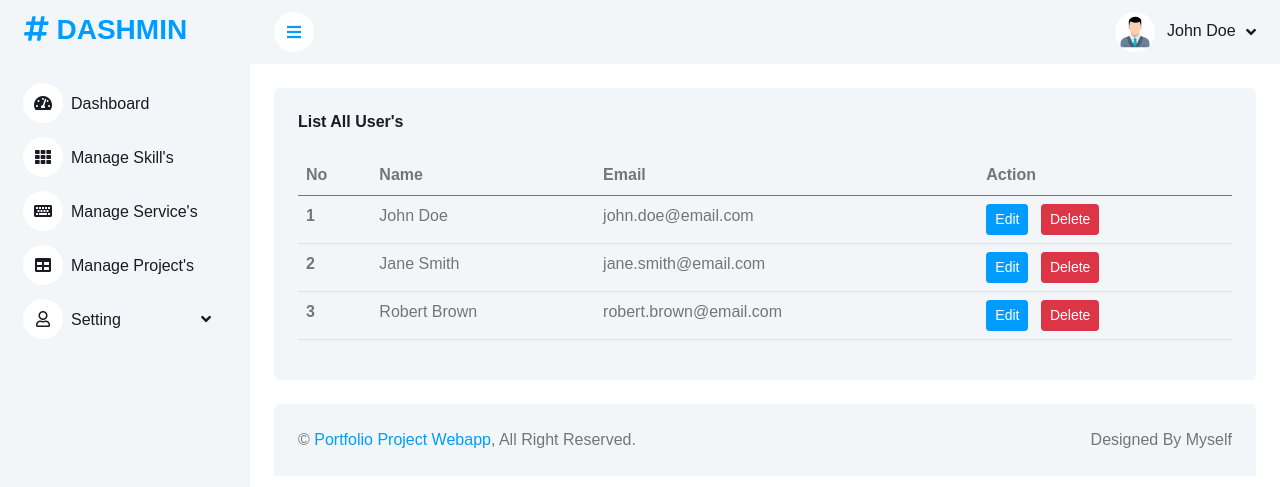
Repository: h4fizm/management-portfolio-project-webapp
Page: http://localhost/manage-user
An editor plug-in stored every save of this project. The page is shown before and after the next save, followed by the edit.
The browser window is 1280 px wide. The pictures show the whole page.
Some web fonts or font styles are not loaded; a fallback is used. Some web libraries are served in a nearby version. The page is served by the project's Laravel application, run on PHP 8.4 with Laravel 12. A made-up administrator, Test User (test@example.com), is signed in.

Above is the page before, as saved 2025-01-15 03:22:12.
Console error: TypeError: Cannot read properties of undefined (reading 'getContext')

After the next save:
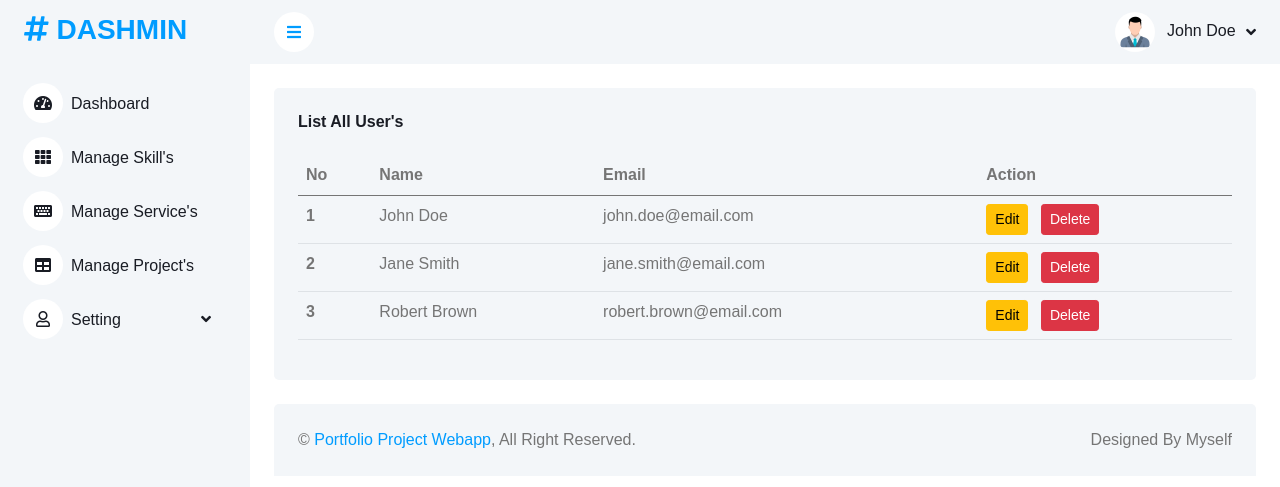
Saved 23 s later.
--- a/resources/views/menu/manage-user.blade.php
+++ b/resources/views/menu/manage-user.blade.php
@@ -22,7 +22,7 @@
                         <td>John Doe</td>
                         <td>john.doe@email.com</td>
                         <td>
-                            <button class="btn btn-sm btn-primary me-2">Edit</button>
+                            <button class="btn btn-sm btn-warning me-2">Edit</button>
                             <button class="btn btn-sm btn-danger">Delete</button>
                         </td>
                     </tr>
@@ -32,7 +32,7 @@
                         <td>Jane Smith</td>
                         <td>jane.smith@email.com</td>
                         <td>
-                            <button class="btn btn-sm btn-primary me-2">Edit</button>
+                            <button class="btn btn-sm btn-warning me-2">Edit</button>
                             <button class="btn btn-sm btn-danger">Delete</button>
                         </td>
                     </tr>
@@ -42,7 +42,7 @@
                         <td>Robert Brown</td>
                         <td>robert.brown@email.com</td>
                         <td>
-                            <button class="btn btn-sm btn-primary me-2">Edit</button>
+                            <button class="btn btn-sm btn-warning me-2">Edit</button>
                             <button class="btn btn-sm btn-danger">Delete</button>
                         </td>
                     </tr>
